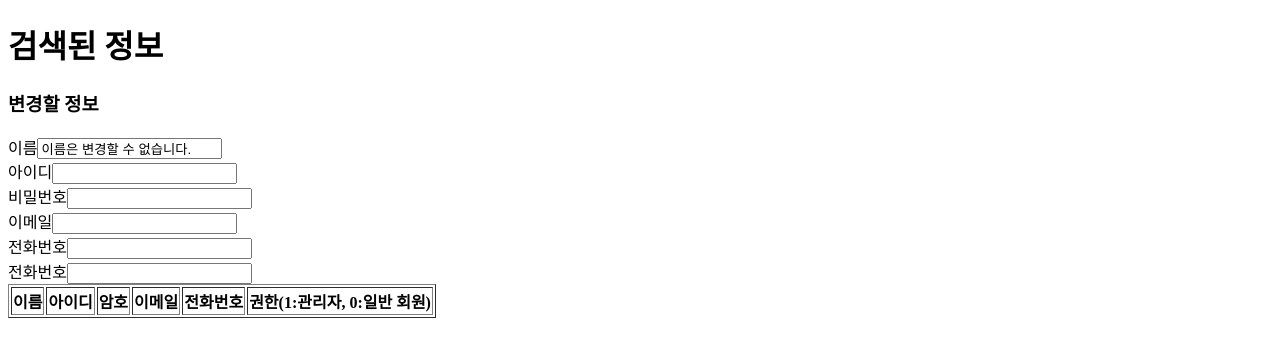
Repository: shinymusket/ideal-memory2
Page: http://localhost/web08/nameInfo.jsp
The author's editor kept a copy of each file at every save. The page is drawn from the files as they stood at one save, then again after the next save.
The browser window is 1280 px wide. The pictures show the whole page.
The page is served by Tomcat 9. Queries for data that is not in the repository find no rows.

Above is the page before, as saved 2022-06-13 05:12:13.

After the next save:
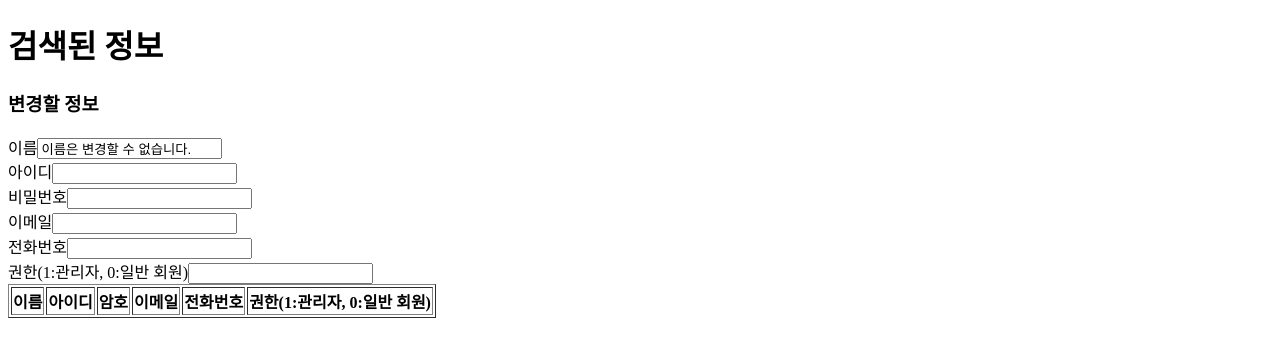
Saved 17 s later.
--- a/jspWorkSpace/web08/WebContent/nameInfo.jsp
+++ b/jspWorkSpace/web08/WebContent/nameInfo.jsp
@@ -92,7 +92,7 @@
 	<input type="email" id="aEmail" name="aEmail"><br>
 	<label for="aPhone">전화번호</label>
 	<input type="tel" id="aPhone" name="aPhone"><br>
-	<label for="aPhone">전화번호</label>
+	<label for="aPhone">	권한(1:관리자, 0:일반 회원)</label>
 	<input type="tel" id="aPhone" name="aPhone"><br>
 </form>
 
